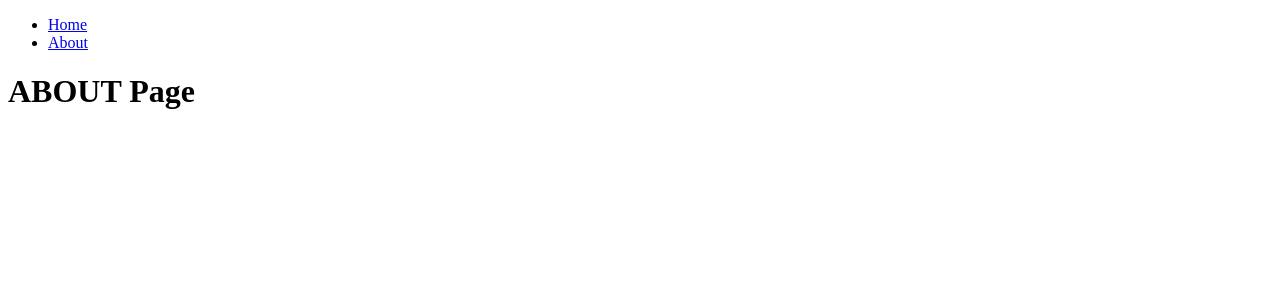
Repository: KittyMcDonagh/py_flask
Page: http://localhost/about
The author's editor kept a record of every edit. The page is drawn from the files as they stood at one moment, then again after the next edit.
The browser window is 1280 px wide. The pictures show the whole page.
The page is served by the project's application, run on Flask 3 (run.py).

Above is the page before.

### templates/about.html
<!DOCTYPE html>
<html lang="en">
<head>
    <meta charset="UTF-8">
    <meta name="viewport" content="width=device-width, initial-scale=1.0">
    <meta http-equiv="X-UA-Compatible" content="ie=edge">
    <title>Hello Flask</title>
</head>
<body>

    <nav>
        <ul>
            <li><a href="/">Home</a></li>
            <li><a href="/about">About</a></li>
        </ul>
    </nav>

    <h1>ABOUT Page</h1>

</body>
</html>

### run.py

# import os from the standard python library. We will use it to get our
# environment details

import os

# small 'f' for first flask, capita'F' for 2nd Flask - the capital indicates a
# class. Import render_template function for rendering pages in html

from flask import Flask, render_template

# Create an instance of this class, and store it in a variable called "app"
# Convention dictates that it be called "app"
# The first argument of the Flask class is the name of the applications module -
# our package. Since we're just using a single package we can just use __name__
# which is a built-in Python variable. Flask needs this so that it knows where
# to look for templates and static files

app = Flask(__name__)

# Use the route decorator to tell Flask what URL should trigger the function
# A decorator starts with the "@" sign, and is also called pie notation. A
# decorator is a way of wrapping functions (just as in JavaScript all functions
# are objects and can be passed around). So, when we try to browse to the root
# directory as indicated by the "/" then flask will trigger the index function
# underneath and return the "Hello World"

# This route decorator wraps around the "index" function. The "/" indicates the
# root directory. When we try to browse to it flask will trigger the "index"
# function, which will return "Hello World". The href for 'home' in index.html
# will be "/"

@app.route("/")
def index():
    return render_template("index.html")

# This route decorator wraps around the about(). The href for the about page
# will be "/about"

@app.route("/about")
def about():
    return render_template("about.html")

@app.route("/contact")
def contact():
    return render_template("contact.html")

# If name = main we will run our app with the following arguments:
# "IP" is an internal variable set by Cloud9; os will get it for us. The same is
# true of "PORT", but it needs to be cast as an integer.
# Debug = True will help us debug our code

# NOTE!!!! Debug=True should be removed or be made "=False"??, before submitting
# Project for assessment, or releasing to production in a work environment.
# The variable __name__ will be = "__main__"

if __name__ == "__main__":
    app.run(host=os.environ.get("IP"),
    port = int(os.environ.get("PORT")),
    debug=True)

After the next edit:
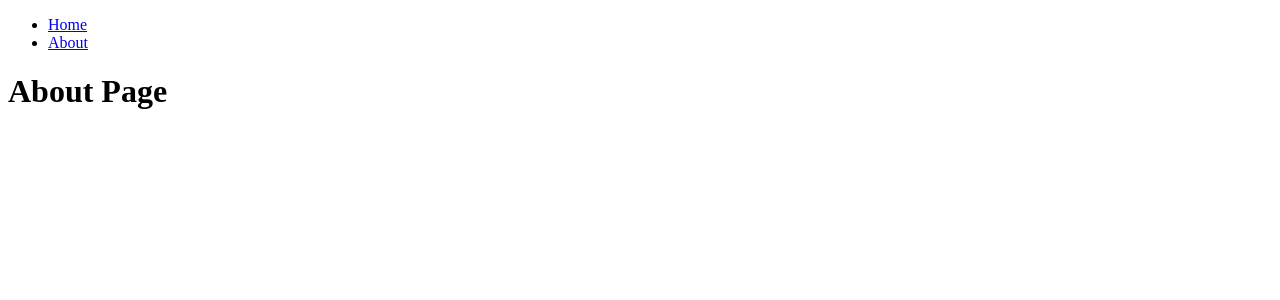
The edit:
--- a/templates/about.html
+++ b/templates/about.html
@@ -15,7 +15,7 @@
         </ul>
     </nav>
 
-    <h1>ABOUT Page</h1>
+    <h1>About Page</h1>
 
 </body>
 </html>
